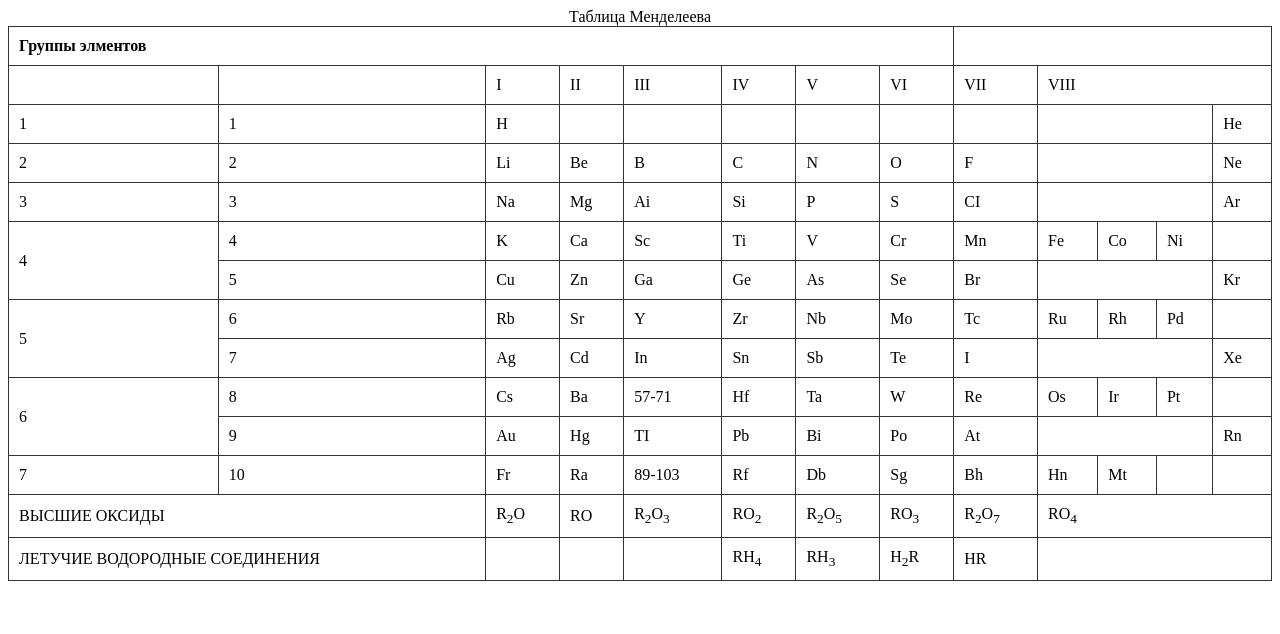
Repository: sannikovcode/exercises-a1
Page: JS/websites/01-periodic table/index.html
An editor plug-in stored every save of this project. The page is shown before and after the next save, followed by the edit.
The browser window is 1280 px wide. The pictures show the whole page.

Above is the page before, as saved 2025-10-17 19:19:34.

### JS/websites/01-periodic table/index.html
<!DOCTYPE html>
<html lang="en">

<head>
    <meta charset="UTF-8">
    <meta name="viewport" content="width=device-width, initial-scale=1.0">
    <title>Periodic table</title>
    <link rel="stylesheet" href="styles.css">
</head>

<body>
    <table>
        <caption>Таблица Менделеева</caption>
        <thead>
            <tr>
                <th colspan="8">Группы элментов</th>
            </tr>
        </thead>

        <tbody>
            <tr>
                <td></td>
                <td></td>
                <td>I</td>
                <td>II</td>
                <td>III</td>
                <td>IV</td>
                <td>V</td>
                <td>VI</td>
                <td>VII</td>
                <td colspan="4">VIII</td>
            </tr>
            <tr>
                <td>1</td>
                <td>1</td>
                <td>H</td>
                <td></td>
                <td></td>
                <td></td>
                <td></td>
                <td></td>
                <td></td>
                <td colspan="3"></td>
                <td>He</td>

            </tr>
            <tr>
                <td>2</td>
                <td>2</td>
                <td>Li</td>
                <td>Be</td>
                <td>B</td>
                <td>C</td>
                <td>N</td>
                <td>O</td>
                <td>F</td>
                <td colspan="3"></td>
                <td>Ne</td>


            </tr>
            <tr>
                <td>3</td>
                <td>3</td>
                <td>Na</td>
                <td>Mg</td>
                <td>Ai</td>
                <td>Si</td>
                <td>P</td>
                <td>S</td>
                <td>CI</td>
                <td colspan="3"></td>
                <td>Ar</td>

            </tr>
            <tr>
                <td rowspan="2">4</td>
                <td>4</td>
                <td>K</td>
                <td>Ca</td>
                <td>Sc</td>
                <td>Ti</td>
                <td>V</td>
                <td>Cr</td>
                <td>Mn</td>
                <td>Fe</td>
                <td>Co</td>
                <td>Ni</td>
                <td></td>
            </tr>
            <tr>
                <td>5</td>
                <td>Cu</td>
                <td>Zn</td>
                <td>Ga</td>
                <td>Ge</td>
                <td>As</td>
                <td>Se</td>
                <td>Br</td>
                <td colspan="3"></td>
                <td>Kr</td>
            <tr>
                <td rowspan="2">5</td>
                <td>6</td>
                <td>Rb</td>
                <td>Sr</td>
                <td>Y</td>
                <td>Zr</td>
                <td>Nb</td>
                <td>Mo</td>
                <td>Tc</td>
                <td>Ru</td>
                <td>Rh</td>
                <td>Pd</td>
                <td></td>
            </tr>
            <tr>
                <td>7</td>
                <td>Ag</td>
                <td>Cd</td>
                <td>In</td>
                <td>Sn</td>
                <td>Sb</td>
                <td>Te</td>
                <td>I</td>
                <td colspan="3"></td>
                <td>Xe</td>
            </tr>
            <tr>
                <td rowspan="2">6</td>
                <td>8</td>
                <td>Cs</td>
                <td>Ba</td>
                <td>57-71</td>
                <td>Hf</td>
                <td>Ta</td>
                <td>W</td>
                <td>Re</td>
                <td>Os</td>
                <td>Ir</td>
                <td>Pt</td>
                <td></td>
            </tr>
            <tr>
                <td>9</td>
                <td>Au</td>
                <td>Hg</td>
                <td>TI</td>
                <td>Pb</td>
                <td>Bi</td>
                <td>Po</td>
                <td>At</td>
                <td colspan="3"></td>
                <td>Rn</td>
            </tr>
            <tr>
                <td>7</td>
                <td>10</td>
                <td>Fr</td>
                <td>Ra</td>
                <td>89-103</td>
                <td>Rf</td>
                <td>Db</td>
                <td>Sg</td>
                <td>Bh</td>
                <td>Hn</td>
                <td>Mt</td>
                <td></td>
                <td></td>
            </tr>
            <tr>
                <td colspan="2">ВЫСШИЕ ОКСИДЫ</td>
                <td>R<sub>2</sub>O</td>
                <td>RO</td>
                <td>R<sub>2</sub>O<sub>3</sub></td>
                <td>RO<sub>2</sub></td>
                <td>R<sub>2</sub>O<sub>5</sub></td>
                <td>RO<sub>3</sub></td>
                <td>R<sub>2</sub>O<sub>7</sub></td>
                <td colspan="4">RO<sub>4</sub></td>

            </tr>
            <tr>
                <td colspan="2">ЛЕТУЧИЕ ВОДОРОДНЫЕ СОЕДИНЕНИЯ</td>
                <td></td>
                <td></td>
                <td></td>
                <td>RH<sub>4</sub></td>
                <td>RH<sub>3</sub></td>
                <td>H<sub>2</sub>R</td>
                <td>HR</td>
                <td colspan="4"></td>

            </tr>

        </tbody>
        <tfoot>

        </tfoot>

    </table>




</body>

</html>

### JS/websites/01-periodic table/styles.css
table {
  border-collapse: collapse;
  width: 100%;
}

table, th, td {
  border: 1px solid #333;
}

th, td {
  padding: 10px;
  text-align: left;
}

After the next save:
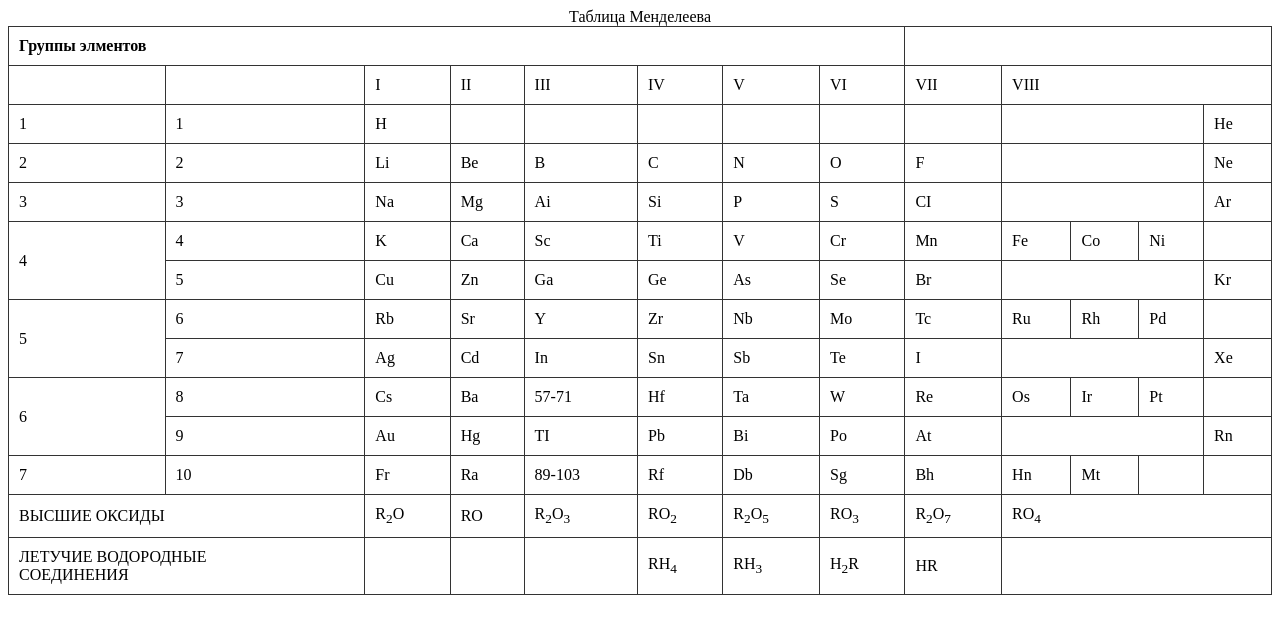
Saved 10 min 2 s later.
--- a/JS/websites/01-periodic table/index.html
+++ b/JS/websites/01-periodic table/index.html
@@ -181,7 +181,7 @@
 
             </tr>
             <tr>
-                <td colspan="2">ЛЕТУЧИЕ ВОДОРОДНЫЕ СОЕДИНЕНИЯ</td>
+                <td colspan="2">ЛЕТУЧИЕ ВОДОРОДНЫЕ <br> СОЕДИНЕНИЯ</td>
                 <td></td>
                 <td></td>
                 <td></td>
